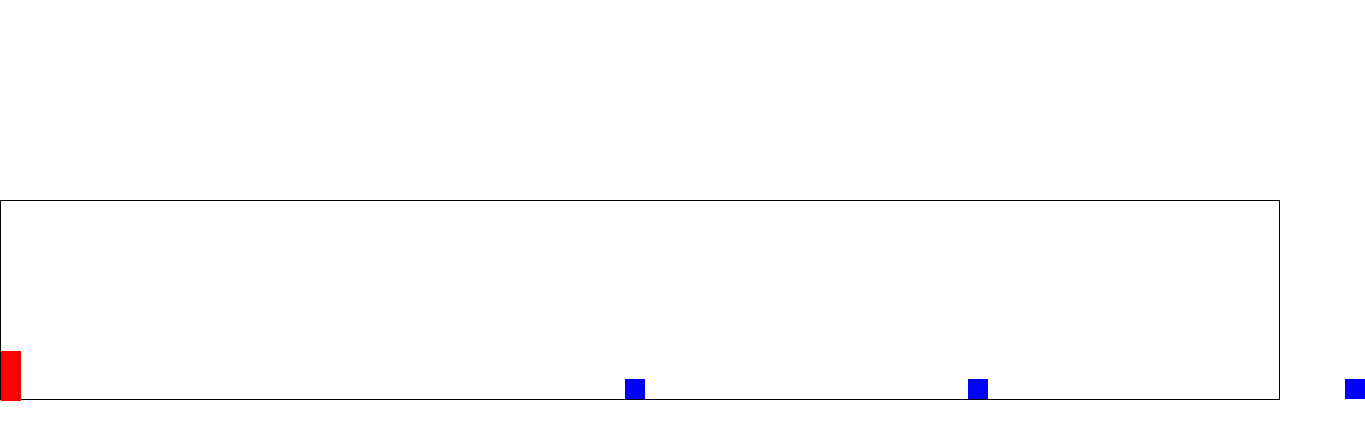
Repository: surefaceJS/allMyWorkInaliLinux
Page: HomePageForWork/index.html
The author's editor kept a copy of each file at every save. The page is drawn from the files as they stood at one save, then again after the next save.
The browser window is 1280 px wide. The page is 1365 px wide, then 1280 px, so the pictures cover 1365 px, including what lies to the right of the window. The pictures show the whole page.

Above is the page before, as saved 2021-04-18 12:19:28.

### HomePageForWork/index.html
<!DOCTYPE html>
<html lang="en">

<head>
    <meta charset="UTF-8">
    <meta http-equiv="X-UA-Compatible" content="IE=edge">
    <meta name="viewport" content="width=device-width, initial-scale=1.0">
    <title>ReadyWebPage</title>
    <link rel="stylesheet" href="css/bootstrap.css">
    <link rel="stylesheet" href="fontawesome-free-5.15.2-web/css/all.min.css">
    <link rel="stylesheet" href="css/main.css">
</head>

<body>

    <div id="game">
        <div id="charactor"></div>
        <div id="block"></div>
        <div id="block1"></div>
        <div id="block2"></div>
    </div>

    <script src="js/jquery-3.3.1.slim.min.js"></script>
    <script src="js/popper.min.js"></script>
    <script src="js/bootstrap.js"></script>
    <script src="js/app.js"></script>
</body>

</html>

### HomePageForWork/css/main.css
            /*********************  FONTS STYLE *************************/

            @font-face {
                font-family: "Inter-Bold";
                src: url("../asssets/fonts/Inter/Inter-Bold.ttf") format("truetype");
            }

            @font-face {
                font-family: "Inter-Regular";
                src: url("../asssets/fonts/Inter/Inter-Regular.ttf") format("truetype");
            }

            @font-face {
                font-family: "Inter-Light";
                src: url("../asssets/fonts/Inter/Inter-Light.ttf") format("truetype");
            }

            @font-face {
                font-family: "Inter-SemiBold";
                src: url("../asssets/fonts/Inter/Inter-SemiBold.ttf") format("truetype");
            }

            .font-intel-bold {
                font-family: "Inter-Bold", sans-serif;
            }

            .font-intel-regular {
                font-family: "Inter-Regular", sans-serif;
            }

            .font-intel-light {
                font-family: "Inter-Light", sans-serif;
            }

            .font-inter-semi-bold {
                font-family: "Inter-SemiBold", sans-serif;
            }

            #game {
                width: 100%;
                height: 200px;
                border: 1px solid black;
                margin-top: 200px;
            }

            #charactor {
                width: 20px;
                height: 50px;
                background: red;
                position: relative;
                top: 150px;
            }

            #block {
                width: 20px;
                height: 20px;
                background: blue;
                position: relative;
                top: 128px;
                left: 1344px;
                animation: block 3s infinite linear;
            }

            #block1 {
                width: 20px;
                height: 20px;
                background: blue;
                position: relative;
                top: 108px;
                left: 624px;
                animation: block 3s infinite linear;
            }

            #block2 {
                width: 20px;
                height: 20px;
                background: blue;
                position: relative;
                top: 88px;
                left: 967px;
                animation: block 3s infinite linear;
            }

            @keyframes balock {
                0% {
                    left: 1344px;
                }
                100% {
                    left: -40px;
                }
            }

            @keyframes block1 {
                0% {
                    left: 624px;
                }
                100% {
                    left: -40px;
                }
            }

            @keyframes block2 {
                0% {
                    left: 967px;
                }
                100% {
                    left: -40px;
                }
            }

Loaded but not shown: HomePageForWork/css/bootstrap.css (library); HomePageForWork/fontawesome-free-5.15.2-web/css/all.min.css (library); HomePageForWork/js/jquery-3.3.1.slim.min.js (library); HomePageForWork/js/popper.min.js (library); HomePageForWork/js/bootstrap.js (library); HomePageForWork/js/app.js (no copy from this time; the picture is the same without it)

After the next save:
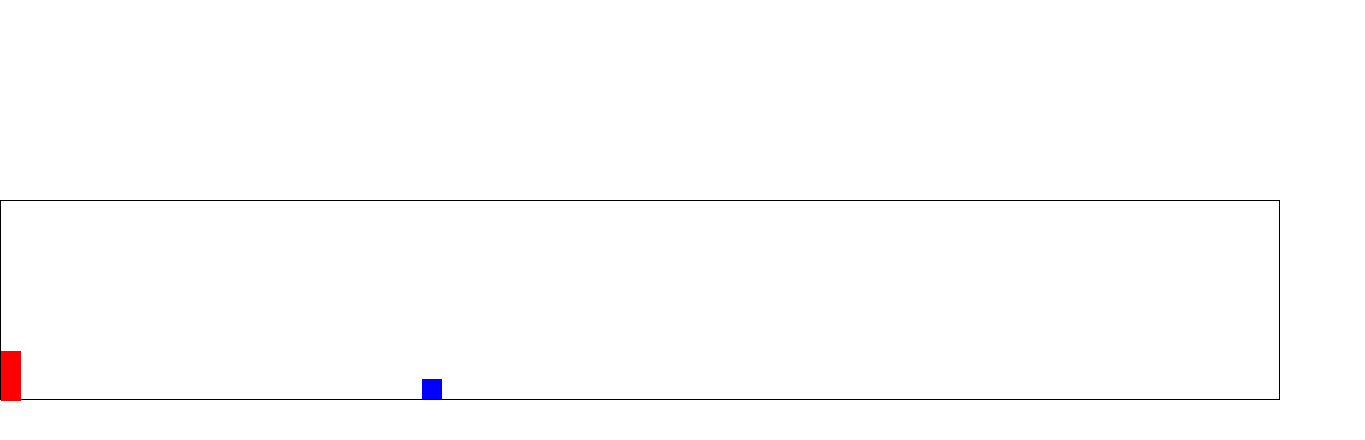
Saved 12 s later.
--- a/HomePageForWork/css/main.css
+++ b/HomePageForWork/css/main.css
@@ -81,7 +81,7 @@
                 animation: block 3s infinite linear;
             }
 
-            @keyframes balock {
+            @keyframes block {
                 0% {
                     left: 1344px;
                 }
